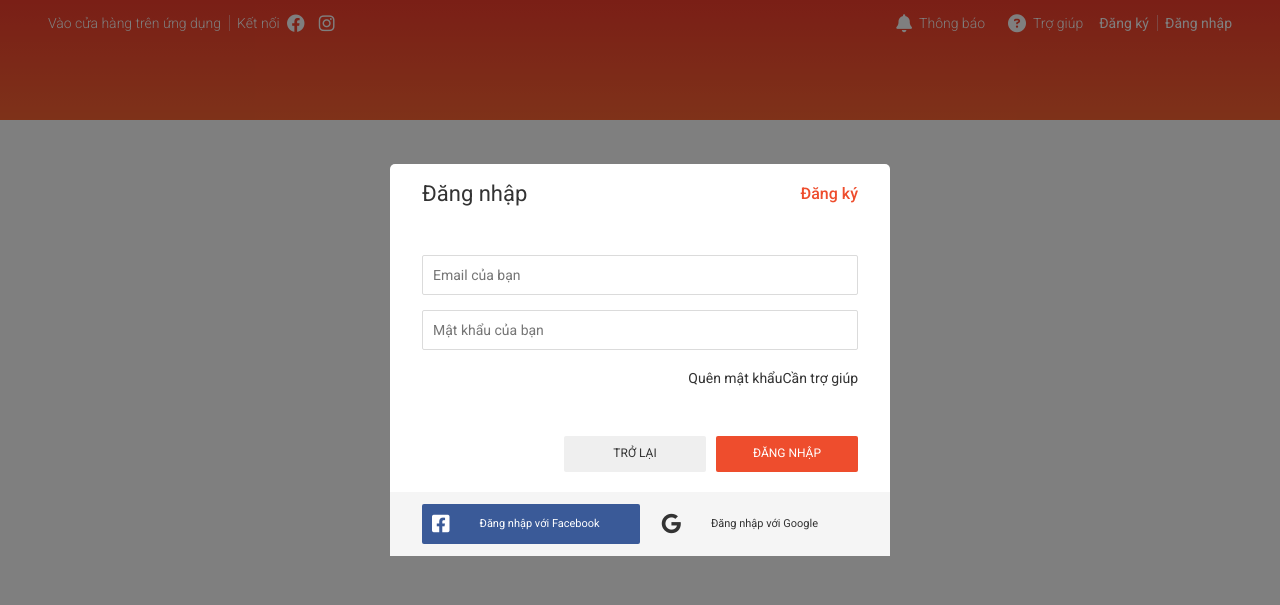
Repository: dptuyen1/F8-Tutorial
Page: index.html
The author's editor kept a copy of each file at every save. The page is drawn from the files as they stood at one save, then again after the next save.
The browser window is 1280 px wide. The pictures show the whole page.

Above is the page before, as saved 2023-05-08 18:33:38.

### index.html
<!DOCTYPE html>
<html lang="en">
  <head>
    <meta charset="UTF-8" />
    <meta http-equiv="X-UA-Compatible" content="IE=edge" />
    <meta name="viewport" content="width=device-width, initial-scale=1.0" />
    <title>Document</title>
    <link
      rel="stylesheet"
      href="https://cdnjs.cloudflare.com/ajax/libs/normalize/8.0.1/normalize.min.css"
      integrity="sha512-NhSC1YmyruXifcj/KFRWoC561YpHpc5Jtzgvbuzx5VozKpWvQ+4nXhPdFgmx8xqexRcpAglTj9sIBWINXa8x5w=="
      crossorigin="anonymous"
      referrerpolicy="no-referrer"
    />
    <link rel="stylesheet" href="assets/css/base.css" />
    <link rel="stylesheet" href="assets/css/main.css" />
    <link
      rel="stylesheet"
      href="assets/fonts/fontawesome-free-6.4.0-web/css/all.min.css"
    />
    <link rel="preconnect" href="https://fonts.googleapis.com" />
    <link rel="preconnect" href="https://fonts.gstatic.com" crossorigin />
    <link
      href="https://fonts.googleapis.com/css2?family=Roboto:wght@300;400;500;700&display=swap"
      rel="stylesheet"
    />
  </head>

  <body>
    <div class="app">
      <header class="header">
        <div class="grid">
          <nav class="header__navbar">
            <ul class="header__navbar-list">
              <li
                class="header__navbar-item header__navbar-item-has-qr header__navbar-item-separate"
              >
                Vào cửa hàng trên ứng dụng
                <div class="header__qr">
                  <img
                    src="assets/img/qr_code.png"
                    alt="QR Cođe"
                    class="header__qr-img"
                  />
                  <div class="header__qr-apps">
                    <a href="" class="header__qr-link">
                      <img
                        src="assets/img/google_play.png"
                        alt="Google Play"
                        class="header__qr-download-img"
                      />
                    </a>
                    <a href="" class="header__qr-link">
                      <img
                        src="assets/img/app_store.png"
                        alt="App Store"
                        class="header__qr-download-img"
                      />
                    </a>
                  </div>
                </div>
              </li>
              <li class="header__navbar-item">
                <span class="header__navbar-title-no-pointer">Kết nối</span>
                <a href="" class="header__navbar-icon-link">
                  <i class="header__navbar-icon fa-brands fa-facebook"></i>
                </a>
                <a href="" class="header__navbar-icon-link">
                  <i class="header__navbar-icon fa-brands fa-instagram"></i>
                </a>
              </li>
            </ul>
            <ul class="header__navbar-list">
              <li class="header__navbar-item header__navbar-item--has-notify">
                <a href="" class="header__navbar-item-link">
                  <a href="" class="header__navbar-icon-link">
                    <i class="header__navbar-icon fa-solid fa-bell"></i> </a
                  >Thông báo
                </a>
                <div class="header__notify">
                  <header class="header__notify-header">
                    <h3>Thông báo mới nhận</h3>
                  </header>
                  <ul class="header__notify-list">
                    <li class="header__notify-item">
                      <a href="" class="header_notify-link">
                        <img
                          src="assets/img/comestic.jpg"
                          alt=""
                          class="header__notify-img"
                        />
                        <div class="header__notify-info">
                          <span class="header_notify-name"
                            >Mỹ phẩm Ohui chính hãng</span
                          >
                          <span class="header__notify-description"
                            >Mô tả mỹ tả Ohui chính hãng</span
                          >
                        </div>
                      </a>
                    </li>
                    <li class="header__notify-item header__notify-item--read">
                      <a href="" class="header_notify-link">
                        <img
                          src="assets/img/comestic.jpg"
                          alt=""
                          class="header__notify-img"
                        />
                        <div class="header__notify-info">
                          <span class="header_notify-name"
                            >Mỹ phẩm Ohui chính hãng</span
                          >
                          <span class="header__notify-description"
                            >Mô tả mỹ tả Ohui chính hãng</span
                          >
                        </div>
                      </a>
                    </li>
                    <li class="header__notify-item">
                      <a href="" class="header_notify-link">
                        <img
                          src="assets/img/comestic.jpg"
                          alt=""
                          class="header__notify-img"
                        />
                        <div class="header__notify-info">
                          <span class="header_notify-name"
                            >Mỹ phẩm Ohui chính hãng</span
                          >
                          <span class="header__notify-description"
                            >Mô tả mỹ tả Ohui chính hãng</span
                          >
                        </div>
                      </a>
                    </li>
                  </ul>
                  <footer class="header__notify-footer">
                    <a href="" class="header__notify-footer-btn">Xem tất cả</a>
                  </footer>
                </div>
              </li>
              <li class="header__navbar-item">
                <a href="" class="header__navbar-item-link">
                  <a href="" class="header__navbar-icon-link">
                    <i
                      class="header__navbar-icon fa-solid fa-circle-question"
                    ></i></a
                  >Trợ giúp
                </a>
              </li>
              <li
                class="header__navbar-item header__navbar-item-bold header__navbar-item-separate"
              >
                Đăng ký
              </li>
              <li class="header__navbar-item header__navbar-item-bold">
                Đăng nhập
              </li>
            </ul>
          </nav>
        </div>
      </header>

      <div class="container"></div>

      <footer class="footer"></footer>
    </div>

    <!-- Modal layout -->
    <div class="modal">
      <div class="modal__overlay"></div>
      <div class="modal__body">
        <div class="modal__inner"></div>

        <!-- Authenticated Form -->

        <!-- Register Form -->
        <!-- <form class="auth-form">
          <div class="auth-form__container">
            <div class="auth-form__header">
              <h3 class="auth_form__heading">Đăng ký</h3>
              <span class="auth_form__switch-btn">Đăng nhập</span>
            </div>
            <div class="auth-form__form">
              <div class="auth-form__group">
                <input
                  type="text"
                  class="auth-form__input"
                  placeholder="Email của bạn"
                />
              </div>
              <div class="auth-form__group">
                <input
                  type="password"
                  class="auth-form__input"
                  placeholder="Mật khẩu của bạn"
                />
              </div>
              <div class="auth-form__group">
                <input
                  type="password"
                  class="auth-form__input"
                  placeholder="Nhập lại mật khẩu"
                />
              </div>
            </div>
            <div class="auth-form__aside">
              <p>
                Lorem ipsum dolor sit amet consectetur adipisicing elit. Natus,
                animi. Provident hic eos, dicta, beatae nulla numquam sunt
                sapiente excepturi repudiandae fuga ex neque odit explicabo
                maxime porro commodi nostrum.
              </p>
            </div>
            <div class="auth-form__controls">
              <button class="btn btn--back">TRỞ LẠI</button>
              <button class="btn btn--primary">ĐĂNG KÝ</button>
            </div>
          </div>

          <div class="auth-form__socials">
            <a
              href=""
              class="auth-form__socials--facebook btn btn--size-s btn--with-icon"
            >
              <i
                class="auth-form_socials-icon fa-brands fa-square-facebook"
              ></i>
              <span class="auth-form__socials-label">Kết nối với Facebook</span>
            </a>
            <a
              href=""
              class="auth-form__socials--google btn btn--size-s btn--with-icon"
            >
              <i class="auth-form_socials-icon fa-brands fa-google"></i>
              <span class="auth-form__socials-label">Kết nối với Google</span>
            </a>
          </div>
        </form> -->

        <!-- Login Form -->
        <form class="auth-form">
          <div class="auth-form__container">
            <div class="auth-form__header">
              <h3 class="auth_form__heading">Đăng nhập</h3>
              <span class="auth_form__switch-btn">Đăng ký</span>
            </div>
            <div class="auth-form__form">
              <div class="auth-form__group">
                <input
                  type="text"
                  class="auth-form__input"
                  placeholder="Email của bạn"
                />
              </div>
              <div class="auth-form__group">
                <input
                  type="password"
                  class="auth-form__input"
                  placeholder="Mật khẩu của bạn"
                />
              </div>
            </div>

            <div class="auth-form__aside">
              <div class="auth-form__help">
                <a href="" class="auth-form__help-link">Quên mật khẩu</a>
                <span class="auth-form__help-separate"></span>
                <a href="" class="auth-form__help-link">Cần trợ giúp</a>
              </div>
            </div>

            <div class="auth-form__controls">
              <button class="btn btn--back">TRỞ LẠI</button>
              <button class="btn btn--primary">ĐĂNG NHẬP</button>
            </div>
          </div>
          <div class="auth-form__socials">
            <a
              href=""
              class="auth-form__socials--facebook btn btn--size-s btn--with-icon"
            >
              <i
                class="auth-form_socials-icon fa-brands fa-square-facebook"
              ></i>
              <span class="auth-form__socials-label" style="font-size: 11px"
                >Đăng nhập với Facebook</span
              >
            </a>
            <a
              href=""
              class="auth-form__socials--google btn btn--size-s btn--with-icon"
            >
              <i class="auth-form_socials-icon fa-brands fa-google"></i>
              <span class="auth-form__socials-label" style="font-size: 11px"
                >Đăng nhập với Google</span
              >
            </a>
          </div>
        </form>
      </div>
    </div>
  </body>
</html>

### assets/css/base.css
:root {
  --primary-color: #ee4d2d;
  --white-color: #fff;
  --black-color: #000;
  --text-color: #333;
  --border-color: #dbdbdb;
}

* {
  box-sizing: inherit;
}

html {
  font-size: 62.5%;
  line-height: 1.6rem;
  font-family: "Roboto", sans-serif;
  box-sizing: border-box;
}

.grid {
  width: 1200px;
  max-width: 100%;
  /* căn giữa */
  margin: 0 auto;
}

.grid__full-width {
  width: 100%;
}

.grid__row {
  display: flex;
  flex-wrap: wrap;
}

/* Modal */
.modal {
  position: fixed;
  top: 0;
  right: 0;
  bottom: 0;
  left: 0;
  display: flex;
}

.modal__overlay {
  position: absolute;
  width: 100%;
  height: 100%;
  background-color: rgba(0, 0, 0, 0.5);
}

.modal__body {
  background-color: var(--white-color);
  margin: auto;
  position: relative;
  z-index: 1;
  border-radius: 5px;
}

.modal__inner {
}

/* Button style */
.btn {
  min-width: 142px;
  height: 36px;
  text-decoration: none;
  border: none;
  border-radius: 2px;
  cursor: pointer;
  padding: 0;
  font-size: 1.2rem;
  color: var(--text-color);
  display: flex;
  justify-content: center;
  align-items: center;
}

.btn:hover {
  background-color: rgba(0, 0, 0, 0.2);
}

.btn.btn--size-s {
  height: 40px;
  font-size: 1.2rem;
  padding: 0 10px;
}

.btn.btn--primary {
  color: var(--white-color);
  background-color: var(--primary-color);
}

.btn.btn--disabled {
  color: #ccc;
  cursor: default;
  background-color: #999;
}

/* Animation */
@keyframes fadeIn {
  from {
    opacity: 0;
  }

  to {
    opacity: 1;
  }
}

@keyframes notifyGrowth {
  from {
    opacity: 0;
    transform: scale(0);
  }

  to {
    opacity: 1;
    transform: scale(1);
  }
}

### assets/css/main.css
.header {
  height: 120px;
  background-image: linear-gradient(0, #fe6433, #f53e2d);
}

.header__navbar {
  display: flex;
  justify-content: space-between;
}

.header__navbar-list {
  list-style: none;
  padding-left: 0;
}

.header__navbar-item {
  margin: 0 8px;
  position: relative;
  min-height: 26px;
}

.header__navbar-item-has-qr:hover .header__qr {
  display: block;
}

.header__navbar-item,
.header__navbar-item-link {
  display: inline-block;
  font-size: 1.4rem;
  color: var(--white-color);
  text-decoration: none;
  font-weight: 300;
}

.header__navbar-list,
.header__navbar-item,
.header__navbar-item-link,
.header__navbar-icon-link {
  display: inline-flex;
  align-items: center;
}

.header__navbar-item:hover,
.header__navbar-item-link:hover,
.header__navbar-icon-link:hover {
  color: rgba(255, 255, 255, 0.5);
  cursor: pointer;
}

.header__navbar-item--has-notify:hover .header__notify {
  display: block;
}

.header__navbar-item-bold {
  font-weight: 400;
}

.header__navbar-item-separate::after {
  content: "";
  display: block;
  position: absolute;
  border-left: 1px solid #fb9086;
  height: 16px;
  right: -9px;
  top: 50%;
  transform: translateY(-50%);
}

.header__navbar-icon-link {
  color: var(--white-color);
  text-decoration: none;
}

.header__navbar-icon {
  font-size: 1.8rem;
  margin: 0 7px;
}

.header__navbar-title-no-pointer {
  cursor: text;
  color: var(--white-color);
}

/* Header QR Code  */
.header__qr {
  width: 185px;
  background-color: var(--white-color);
  position: absolute;
  left: 0;
  /* cao bằng thẻ chứa nó */
  top: 150%;
  padding: 8px;
  border-radius: 2px;
  display: none;
  animation: fadeIn ease-in 0.5s;
}

.header__qr::before {
  content: "";
  display: block;
  position: absolute;
  width: 100%;
  height: 20px;
  left: 0;
  top: -20px;
}

.header__qr-img {
  width: 100%;
}

.header__qr-apps {
  display: flex;
  justify-content: space-between;
}

.header__qr-link:first-child {
  margin-left: 11px;
}

.header__qr-link:last-child {
  margin-right: 11px;
}

.header__qr-download-img {
  height: 15px;
}

/* Header notification */

.header__notify {
  position: absolute;
  top: 150%;
  right: 0;
  width: 405px;
  background-color: var(--white-color);
  border: 1px solid #d3d3d3;
  border-radius: 2px;
  cursor: default;
  transform-origin: top right;
  display: none;
  animation: notifyGrowth ease-in 0.5s;
}

.header__notify::before {
  content: "";
  border-width: 20px 30px;
  border-style: solid;
  border-color: transparent transparent var(--white-color) transparent;
  position: absolute;
  right: 0;
  top: -30px;
}

.header__notify::after {
  content: "";
  display: block;
  position: absolute;
  right: 0;
  top: -20px;
  width: 100%;
  height: 20px;
}

.header__notify-header {
  height: 40px;
  background-color: var(--white-color);
}

.header__notify-header h3 {
  color: #999;
  margin: 0 0 0 12px;
  font-weight: 400;
  font-size: 1.4rem;
  line-height: 40px;
}

.header__notify-list {
  padding-left: 0;
}

.header__notify-item {
  display: flex;
}

.header__notify-item:hover {
  background-color: #f7f7f7;
}

.header__notify-item--read {
  background-color: rgba(238, 77, 45, 0.2);
}

.header_notify-link {
  width: 100%;
  display: flex;
  padding: 12px;
  text-decoration: none;
}

.header__notify-img {
  width: 50px;
  object-fit: contain;
}

.header__notify-info {
  margin-left: 12px;
}

.header_notify-name {
  display: block;
  font-size: 1.4rem;
  color: var(--black-color);
  font-weight: 400;
}

.header__notify-description {
  display: block;
  font-size: 1.2rem;
  line-height: 2rem;
  color: #756f6e;
  margin-top: 10px;
}

.header__notify-footer {
  display: flex;
}

.header__notify-footer-btn {
  text-decoration: none;
  color: var(--text-color);
  margin: 0 auto;
  padding: 10px;
  font-size: 1.4rem;
  font-weight: 400;
}

/* Authenticated modal */
.auth-form {
  width: 500px;
}

.auth-form__container {
  padding: 0 32px;
}

.auth-form__header {
  display: flex;
  align-items: center;
  justify-content: space-between;
}

.auth_form__heading {
  font-size: 2.2rem;
  font-weight: 400;
  color: var(--text-color);
}

.auth_form__switch-btn {
  font-size: 1.6rem;
  color: var(--primary-color);
  font-weight: 500;
  cursor: pointer;
}

.auth-form__form {
  margin-top: 16px;
}

.auth-form__input {
  width: 100%;
  height: 40px;
  margin-top: 15px;
  padding: 0 10px;
  font-size: 1.4rem;
  border: 1px solid var(--border-color);
  border-radius: 2px;
  outline: none;
}

.auth-form__input:focus {
  border-color: #777;
}

.auth-form__aside {
  margin-top: 20px;
}

.auth-form__aside p {
  font-size: 1.2rem;
  line-height: 1.8rem;
  text-align: center;
}

.auth-form__controls {
  margin-top: 50px;
  margin-bottom: 20px;
  display: flex;
  justify-content: flex-end;
}

.btn--back {
  margin-right: 10px;
}

.auth-form__socials {
  background-color: #f5f5f5;
  padding: 12px 32px;
  display: flex;
  justify-content: space-between;
}

.auth-form_socials-icon {
  font-size: 2rem;
}

.auth-form__socials--facebook {
  color: var(--white-color);
  background-color: #3a5a98;
}

.auth-form__socials--facebook .auth-form_socials-icon {
  color: var(--white-color);
}

.auth-form__socials-label {
  margin: 0 30px;
}

.auth-form__help {
  display: flex;
  justify-content: flex-end;
}

.auth-form__help-link {
  font-size: 1.4rem;
  text-decoration: none;
  color: var(--text-color);
}

Loaded but not shown: assets/fonts/fontawesome-free-6.4.0-web/css/all.min.css (library)

After the next save:
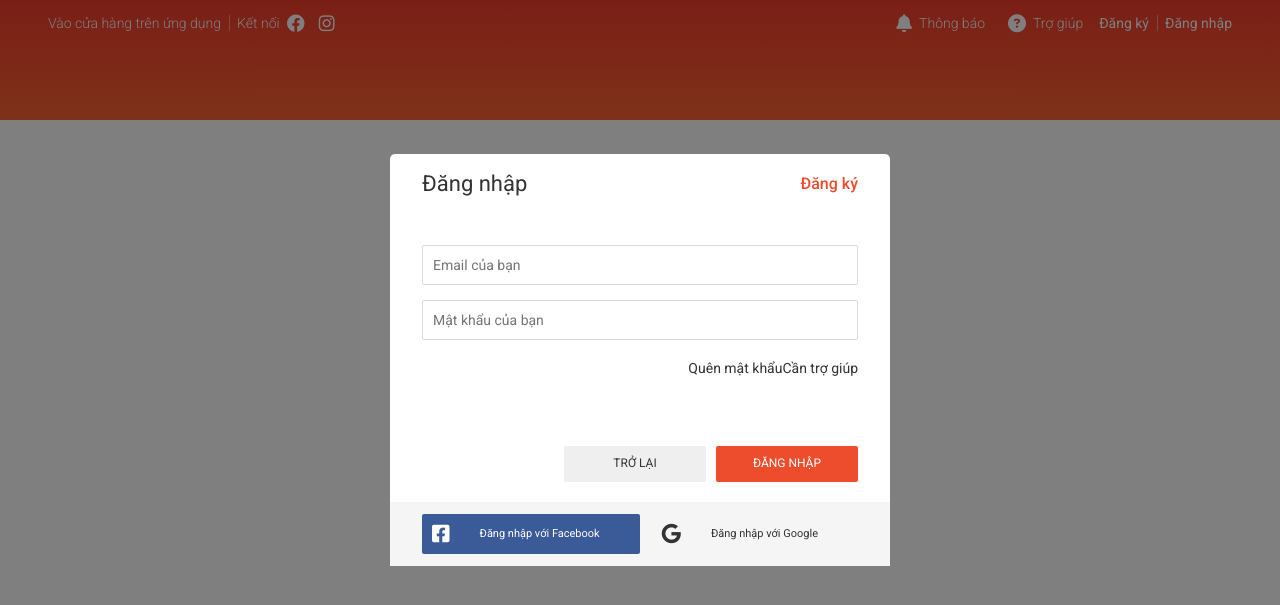
Saved 22 s later.
--- a/assets/css/main.css
+++ b/assets/css/main.css
@@ -337,3 +337,8 @@
   text-decoration: none;
   color: var(--text-color);
 }
+
+.auth-form__help-separate {
+  display: block;
+  height: 3.6rem;
+}
